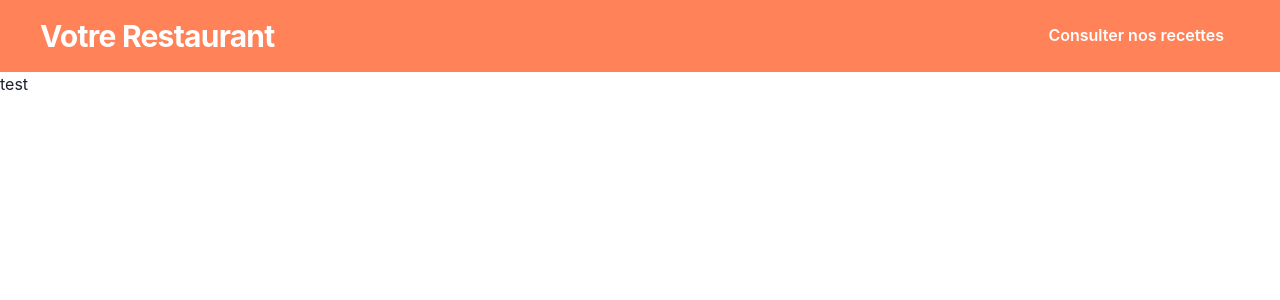
Repository: Ecaron76/tp-restau-next
Page: /
An editor plug-in stored every save of this project. The page is shown before and after the next save, followed by the edit.
The browser window is 1280 px wide. The pictures show the whole page.
The project was rebuilt for these pictures with package versions that can differ from the ones it lists, and the page was loaded fresh each time. The framework's server and built-in components were replaced by stand-ins that run in the browser. Also part of the build but not shown: next.config.mjs.

Above is the page before, as saved 2024-02-25 17:58:06.

### src/app/layout.tsx
'use client'

import { Inter } from "next/font/google";
import "./globals.css";
import { ChakraProvider, extendTheme  } from '@chakra-ui/react'
const theme = extendTheme({
  colors: {
    brand: {
      50: '#ffeee6',
      100: '#ffc7b7',
      200: '#ffa788',
      300: '#ff8259',
      400: '#ff5b29',
      500: '#ff3300',
      600: '#cc2900',
      700: '#991f00',
      800: '#661600',
      900: '#330c00',
    },
  },
});



export function Providers({ children }: { children: React.ReactNode }) {
  return <ChakraProvider theme={theme}>{children}</ChakraProvider>
}

export default function RootLayout({
  children,
}: Readonly<{
  children: React.ReactNode;
}>) {
  return (
    <html lang="en">
      <body>
        <Providers>{children}</Providers>
      </body>
    </html>
  );
}

### src/app/page.tsx
import Image from "next/image";
import styles from "./page.module.css";
import Header from "@/components/Header/Header";

export default function Home() {
  return (
    <main >
      <Header/>
      <p>test</p>
    </main>
  );
}

### src/app/globals.css
:root {
  --max-width: 1100px;
  --border-radius: 12px;
  --font-mono: ui-monospace, Menlo, Monaco, "Cascadia Mono", "Segoe UI Mono",
    "Roboto Mono", "Oxygen Mono", "Ubuntu Monospace", "Source Code Pro",
    "Fira Mono", "Droid Sans Mono", "Courier New", monospace;

  --foreground-rgb: 0, 0, 0;
  --background-start-rgb: 214, 219, 220;
  --background-end-rgb: 255, 255, 255;

  --primary-glow: conic-gradient(
    from 180deg at 50% 50%,
    #16abff33 0deg,
    #0885ff33 55deg,
    #54d6ff33 120deg,
    #0071ff33 160deg,
    transparent 360deg
  );
  --secondary-glow: radial-gradient(
    rgba(255, 255, 255, 1),
    rgba(255, 255, 255, 0)
  );

  --tile-start-rgb: 239, 245, 249;
  --tile-end-rgb: 228, 232, 233;
  --tile-border: conic-gradient(
    #00000080,
    #00000040,
    #00000030,
    #00000020,
    #00000010,
    #00000010,
    #00000080
  );

  --callout-rgb: 238, 240, 241;
  --callout-border-rgb: 172, 175, 176;
  --card-rgb: 180, 185, 188;
  --card-border-rgb: 131, 134, 135;
}

@media (prefers-color-scheme: dark) {
  :root {
    --foreground-rgb: 255, 255, 255;
    --background-start-rgb: 0, 0, 0;
    --background-end-rgb: 0, 0, 0;

    --primary-glow: radial-gradient(rgba(1, 65, 255, 0.4), rgba(1, 65, 255, 0));
    --secondary-glow: linear-gradient(
      to bottom right,
      rgba(1, 65, 255, 0),
      rgba(1, 65, 255, 0),
      rgba(1, 65, 255, 0.3)
    );

    --tile-start-rgb: 2, 13, 46;
    --tile-end-rgb: 2, 5, 19;
    --tile-border: conic-gradient(
      #ffffff80,
      #ffffff40,
      #ffffff30,
      #ffffff20,
      #ffffff10,
      #ffffff10,
      #ffffff80
    );

    --callout-rgb: 20, 20, 20;
    --callout-border-rgb: 108, 108, 108;
    --card-rgb: 100, 100, 100;
    --card-border-rgb: 200, 200, 200;
  }
}

* {
  box-sizing: border-box;
  padding: 0;
  margin: 0;
}

html,
body {

  overflow-x: hidden;
}

body {
  color: rgb(var(--foreground-rgb));
  background: linear-gradient(
      to bottom,
      transparent,
      rgb(var(--background-end-rgb))
    )
    rgb(var(--background-start-rgb));
}

a {
  color: inherit;
  text-decoration: none;
}

@media (prefers-color-scheme: dark) {
  html {
    color-scheme: dark;
  }
}

### src/components/Header/Header.tsx
import { Box, Flex, Heading, Spacer, Button } from '@chakra-ui/react';
import NextLink from 'next/link'; // Pour gérer la navigation entre les pages

const Header = () => {
  return (
    <Box bg="brand.300" p={4} color="white">
      <Flex alignItems="center" maxW="1200px" mx="auto">
        {/* Logo ou Nom du restaurant */}
        <Heading as="h1" size="lg" letterSpacing="tight">
          <NextLink href="/" passHref>

              Votre Restaurant

          </NextLink>
        </Heading>

        <Spacer />

        {/* Liens de navigation */}
        <Box>
          <NextLink href="/recettes" passHref>
            <Button  variant="ghost" color={'white'}>
              Consulter nos recettes
            </Button>
          </NextLink>
        </Box>
      </Flex>
    </Box>
  );
};

export default Header;

After the next save:
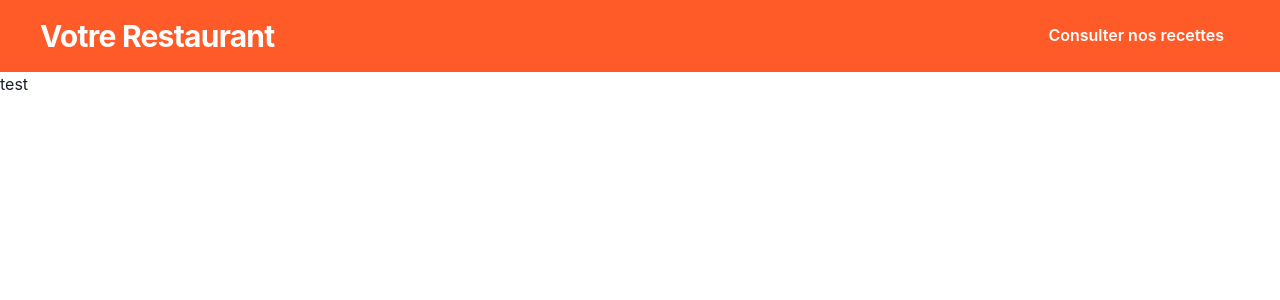
Saved 15 s later.
--- a/src/components/Header/Header.tsx
+++ b/src/components/Header/Header.tsx
@@ -3,7 +3,7 @@
 
 const Header = () => {
   return (
-    <Box bg="brand.300" p={4} color="white">
+    <Box bg="brand.400" p={4} color="white">
       <Flex alignItems="center" maxW="1200px" mx="auto">
         {/* Logo ou Nom du restaurant */}
         <Heading as="h1" size="lg" letterSpacing="tight">

After the save that followed:
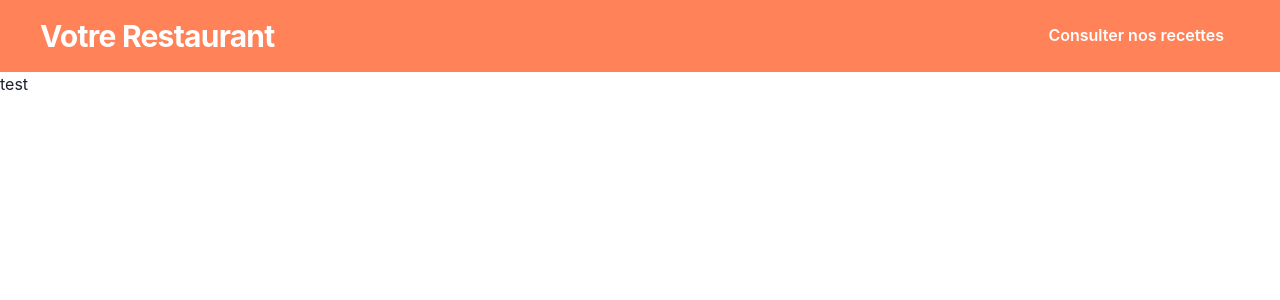
Saved 5 s later.
--- a/src/components/Header/Header.tsx
+++ b/src/components/Header/Header.tsx
@@ -3,7 +3,7 @@
 
 const Header = () => {
   return (
-    <Box bg="brand.400" p={4} color="white">
+    <Box bg="brand.300" p={4} color="white">
       <Flex alignItems="center" maxW="1200px" mx="auto">
         {/* Logo ou Nom du restaurant */}
         <Heading as="h1" size="lg" letterSpacing="tight">
